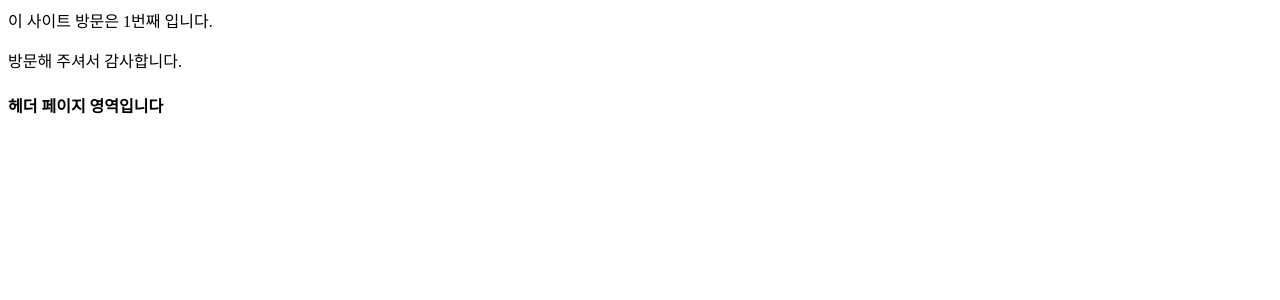
Repository: ekslffh/jsp-project
Page: http://localhost/JSPBook/ch03/include02.jsp
These files come from the project's save history. The page is drawn as it stood at one moment and after the next save; the edit follows.
The browser window is 1280 px wide. The pictures show the whole page.
The page is served by Tomcat 9.

Above is the page before, as saved 2022-07-01 14:50:39.

After the next save:
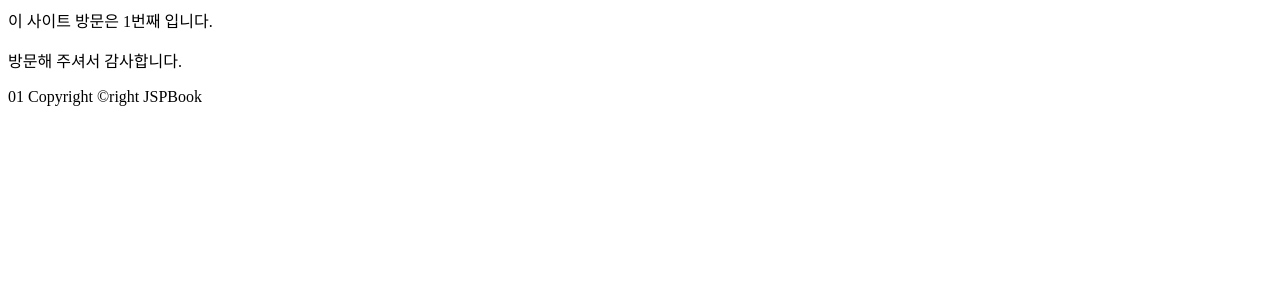
Saved 34 s later.
--- a/JSPBook/src/main/webapp/ch03/include02_footer.jsp
+++ b/JSPBook/src/main/webapp/ch03/include02_footer.jsp
@@ -1,9 +1 @@
-<%@ page contentType="text/html; charset=utf-8" %>
-<html>
-<head>
-<title>Directives Tag</title>
-</head>
-<body>
-	<h4>헤더 페이지 영역입니다</h4>
-</body>
-</html>
+01 Copyright &copyright JSPBook
